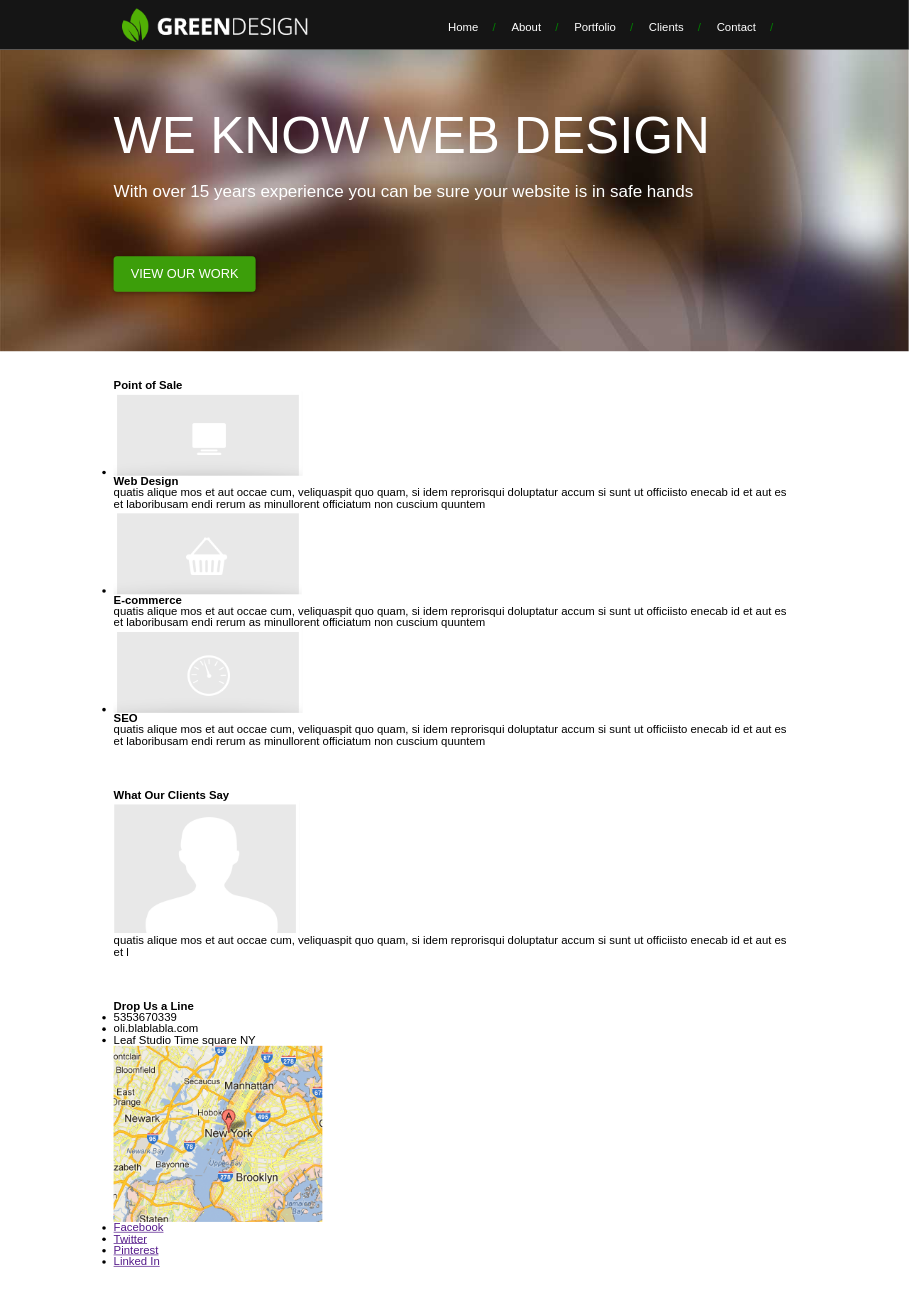
Repository: Piterwk1/psd-to-html
Page: website/index.html
The author's editor kept a copy of each file at every save. The page is drawn from the files as they stood at one save, then again after the next save.
The browser window is 1280 px wide. The pictures show the whole page, at 71% of full size.

Above is the page before, as saved 2021-09-14 20:54:20.

After the next save:
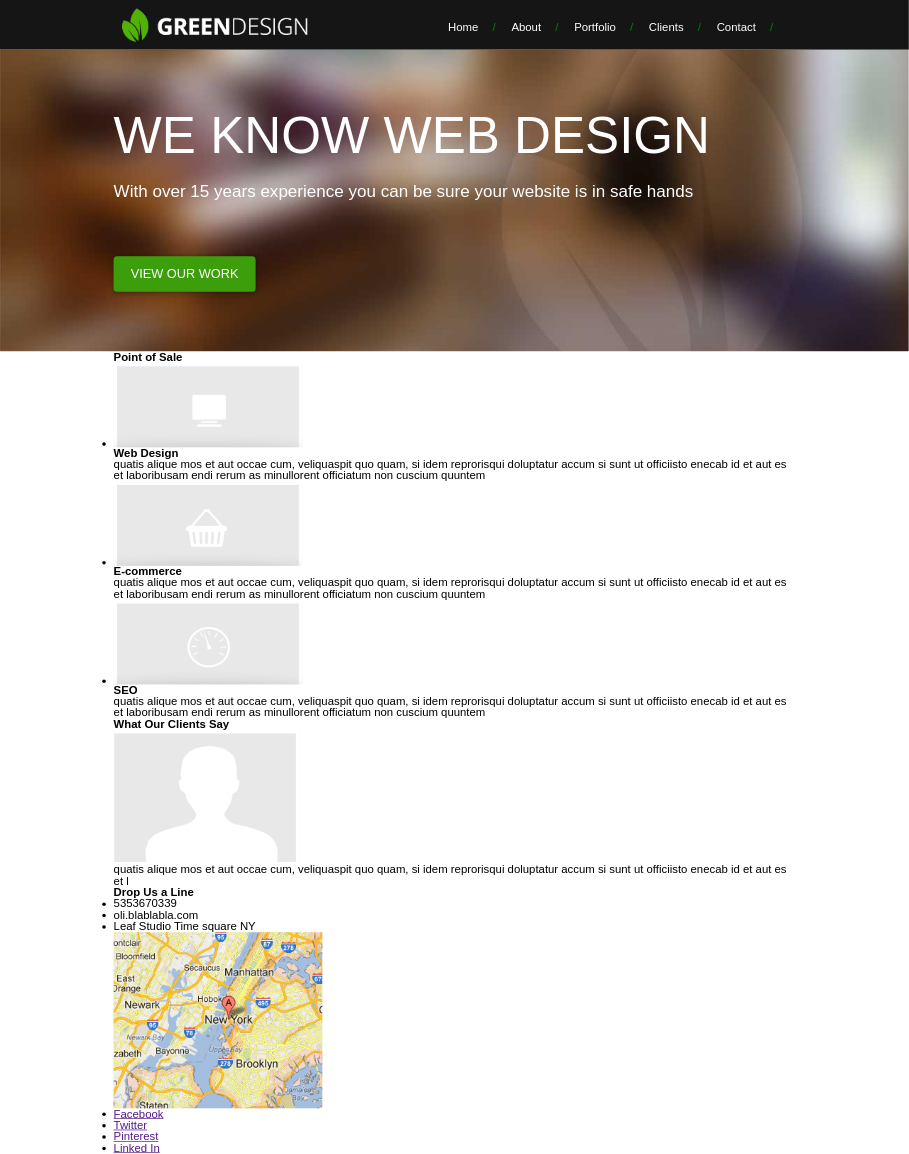
Saved 62 s later.
--- a/website/style.css
+++ b/website/style.css
@@ -279,5 +279,5 @@
 }
 
 section {
-    margin: 40px 0 60px;
-}
+    /* margin: 40px 0 60px; */
+}

After the save that followed:
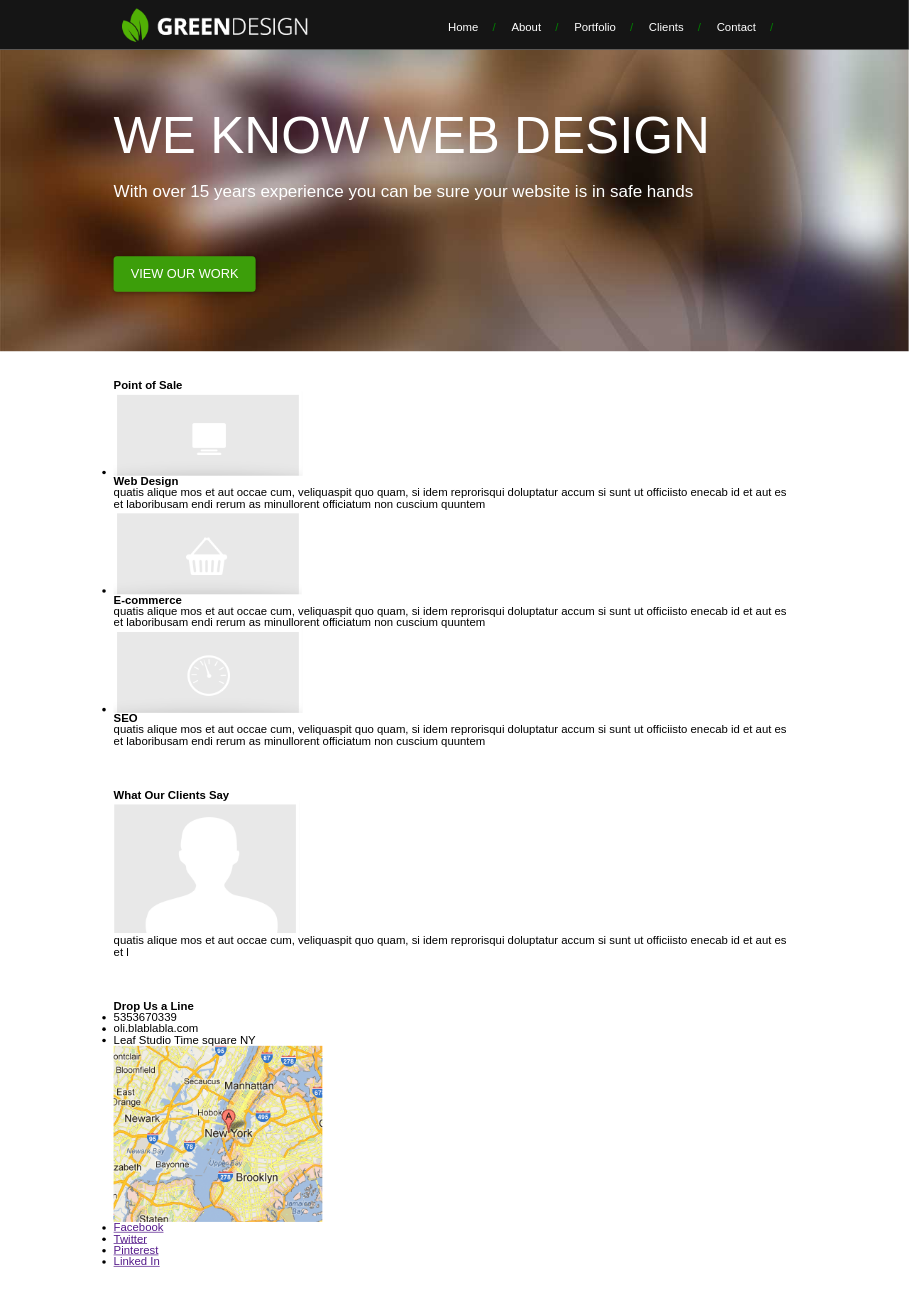
Saved 12 s later.
--- a/website/style.css
+++ b/website/style.css
@@ -279,5 +279,5 @@
 }
 
 section {
-    /* margin: 40px 0 60px; */
-}
+    margin: 40px 0 60px;
+}
